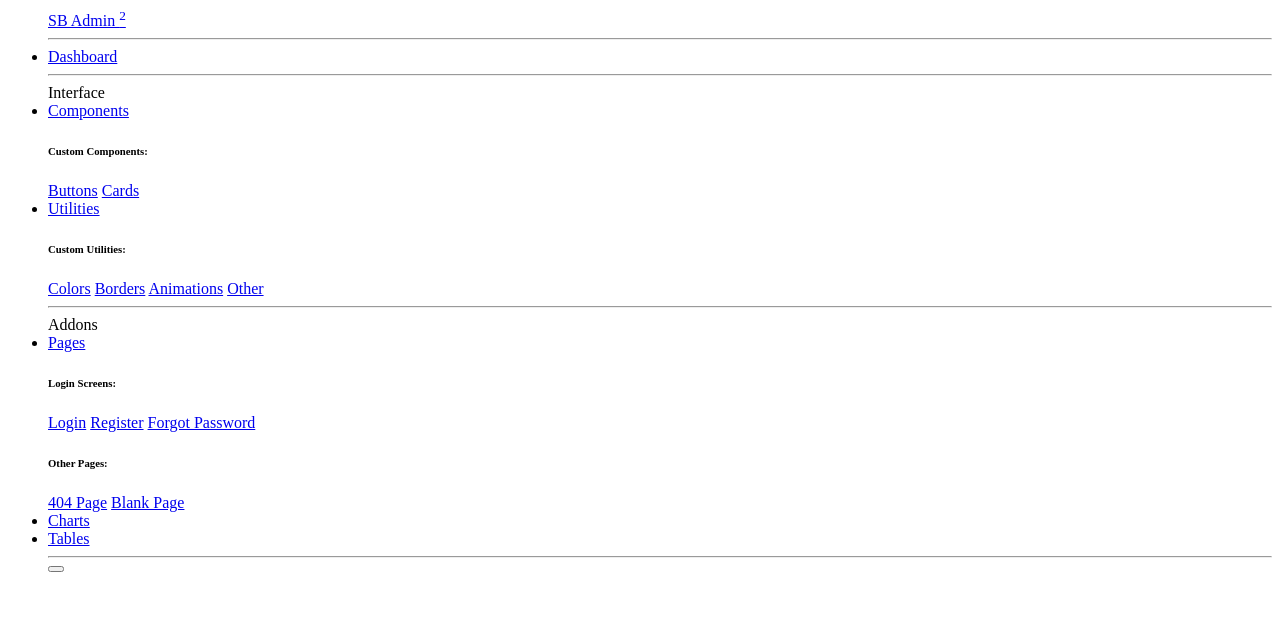
Repository: Ahndaegeun/ddit_dasuri_proj
Page: http://localhost/dasuriProj/WEB-INF/views/tiles/aside.jsp
These files come from the project's save history. The page is drawn as it stood at one moment and after the next save; the edit follows.
The browser window is 1280 px wide. The pictures show the whole page.
The page is served by Tomcat 9. Nobody is signed in. The template is opened directly, without the code that normally fills it, so the values that code supplies are empty.

Above is the page before, as saved 2021-11-10 01:37:03.

After the next save:
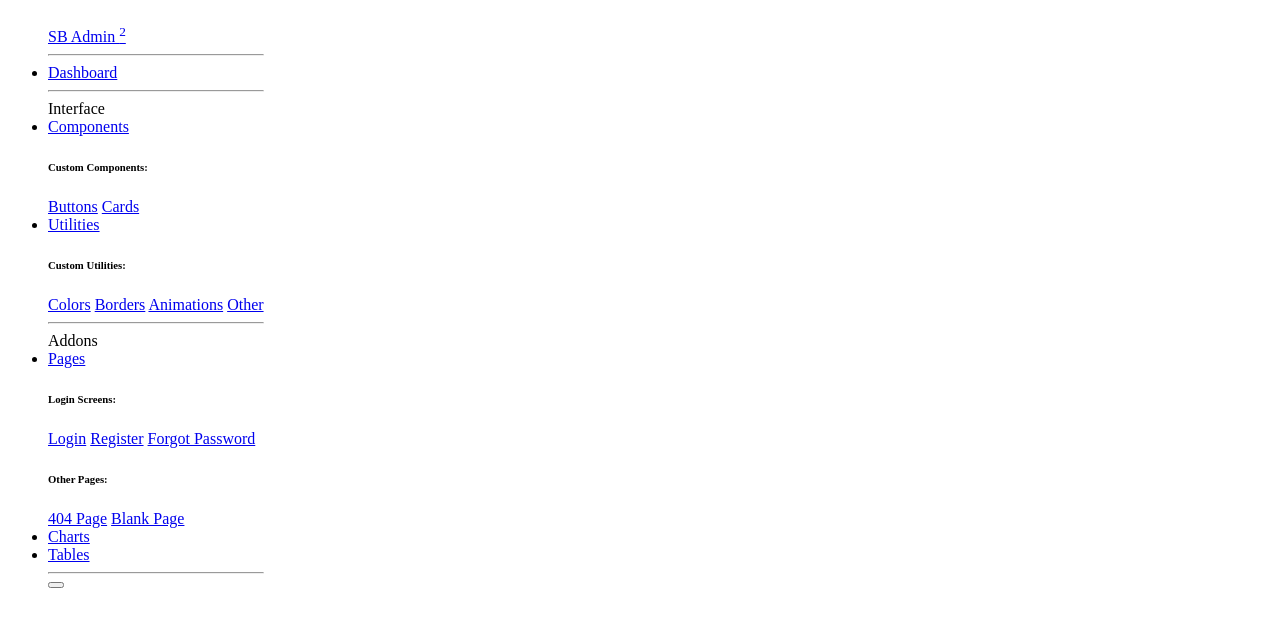
Saved 2 min 44 s later.
--- a/dasuriProj/src/main/webapp/WEB-INF/views/tiles/aside.jsp
+++ b/dasuriProj/src/main/webapp/WEB-INF/views/tiles/aside.jsp
@@ -1,5 +1,6 @@
 <%@ page language="java" contentType="text/html; charset=UTF-8"
 	pageEncoding="UTF-8"%>
+<div id="aside" style="float: left;">
 	<ul
 		class="navbar-nav bg-gradient-primary sidebar sidebar-dark accordion"
 		id="accordionSidebar">
@@ -105,3 +106,4 @@
 		</div>
 
 	</ul>
+	</div>

After the save that followed:
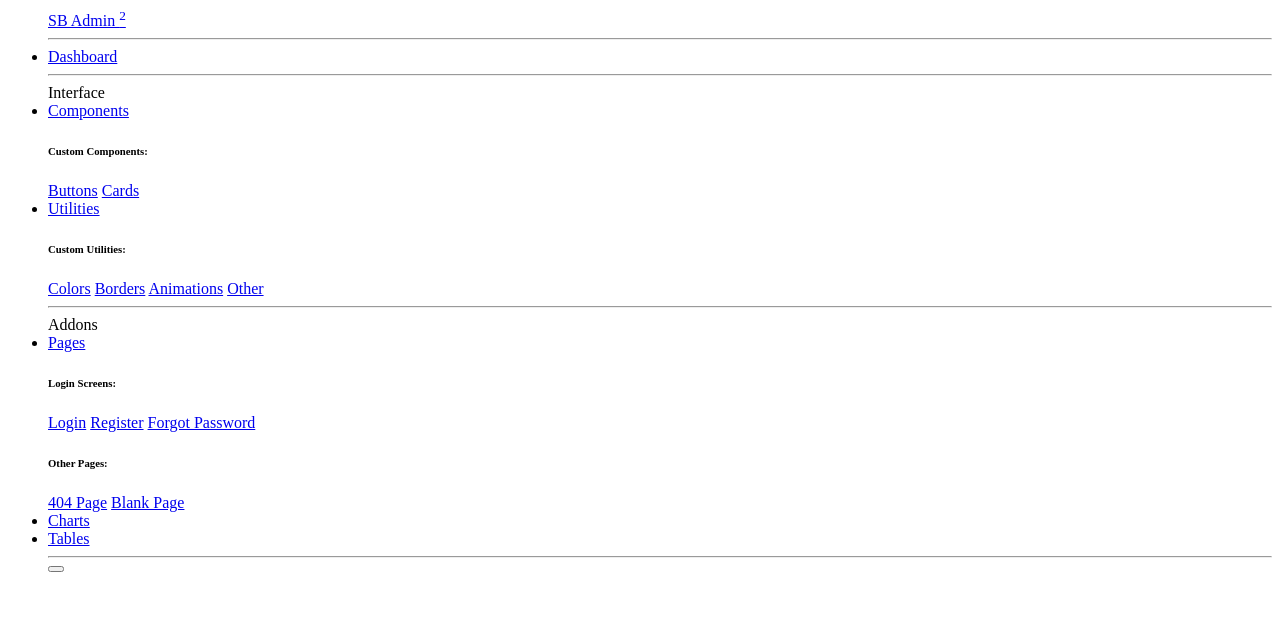
Saved 93 s later.
--- a/dasuriProj/src/main/webapp/WEB-INF/views/tiles/aside.jsp
+++ b/dasuriProj/src/main/webapp/WEB-INF/views/tiles/aside.jsp
@@ -1,6 +1,6 @@
 <%@ page language="java" contentType="text/html; charset=UTF-8"
 	pageEncoding="UTF-8"%>
-<div id="aside" style="float: left;">
+<div id="aside" >
 	<ul
 		class="navbar-nav bg-gradient-primary sidebar sidebar-dark accordion"
 		id="accordionSidebar">
@@ -107,3 +107,4 @@
 
 	</ul>
 	</div>
+	</div>
